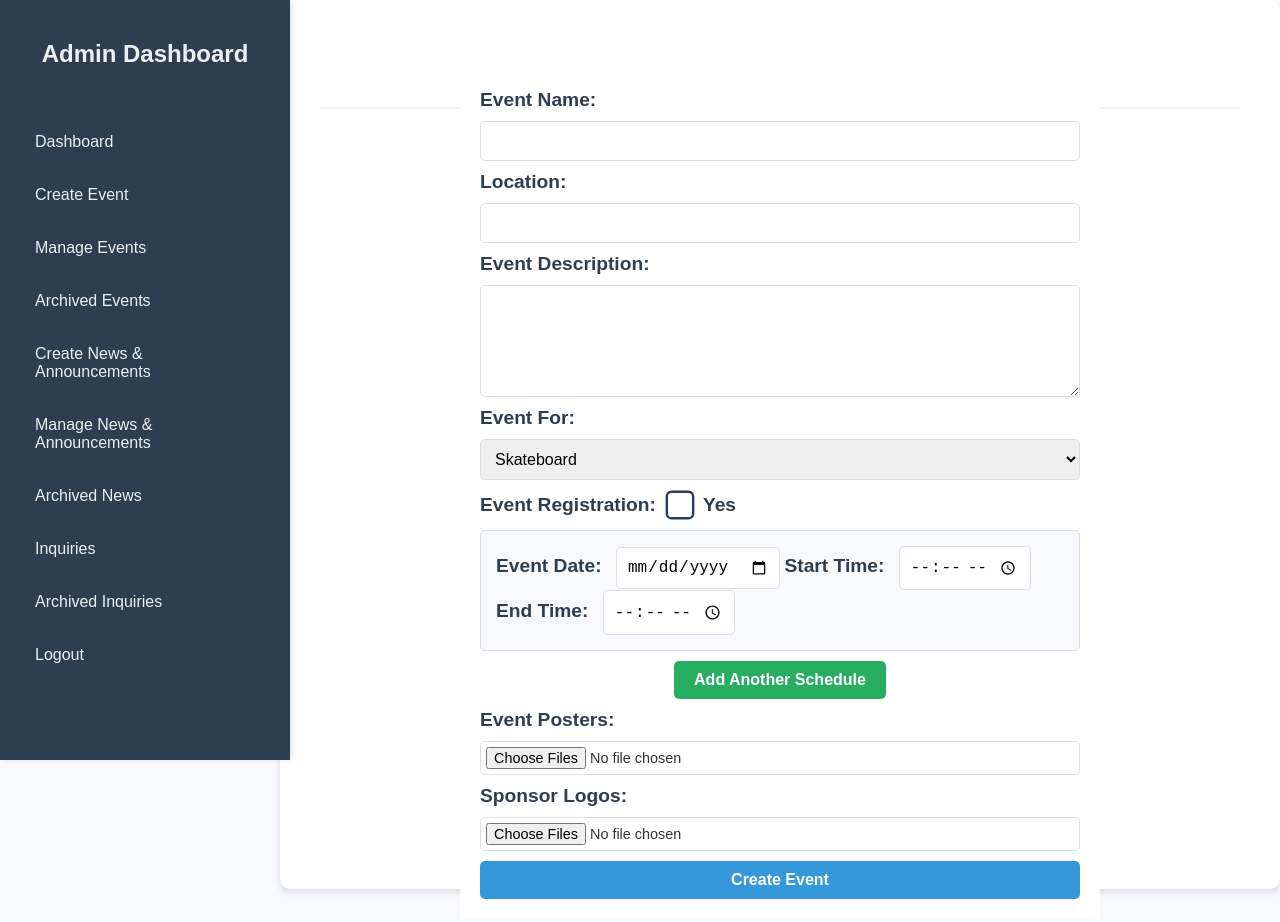
Repository: KharonKade/Capstone
Page: http://localhost/admin.html
The author's editor kept a copy of each file at every save. The page is drawn from the files as they stood at one save, then again after the next save.
The browser window is 1280 px wide. The pictures show the whole page.
The page is run by PHP 8.4 with error messages shown; the project is at /var/www/html/.

Above is the page before, as saved 2025-04-01 13:25:17.

After the next save:
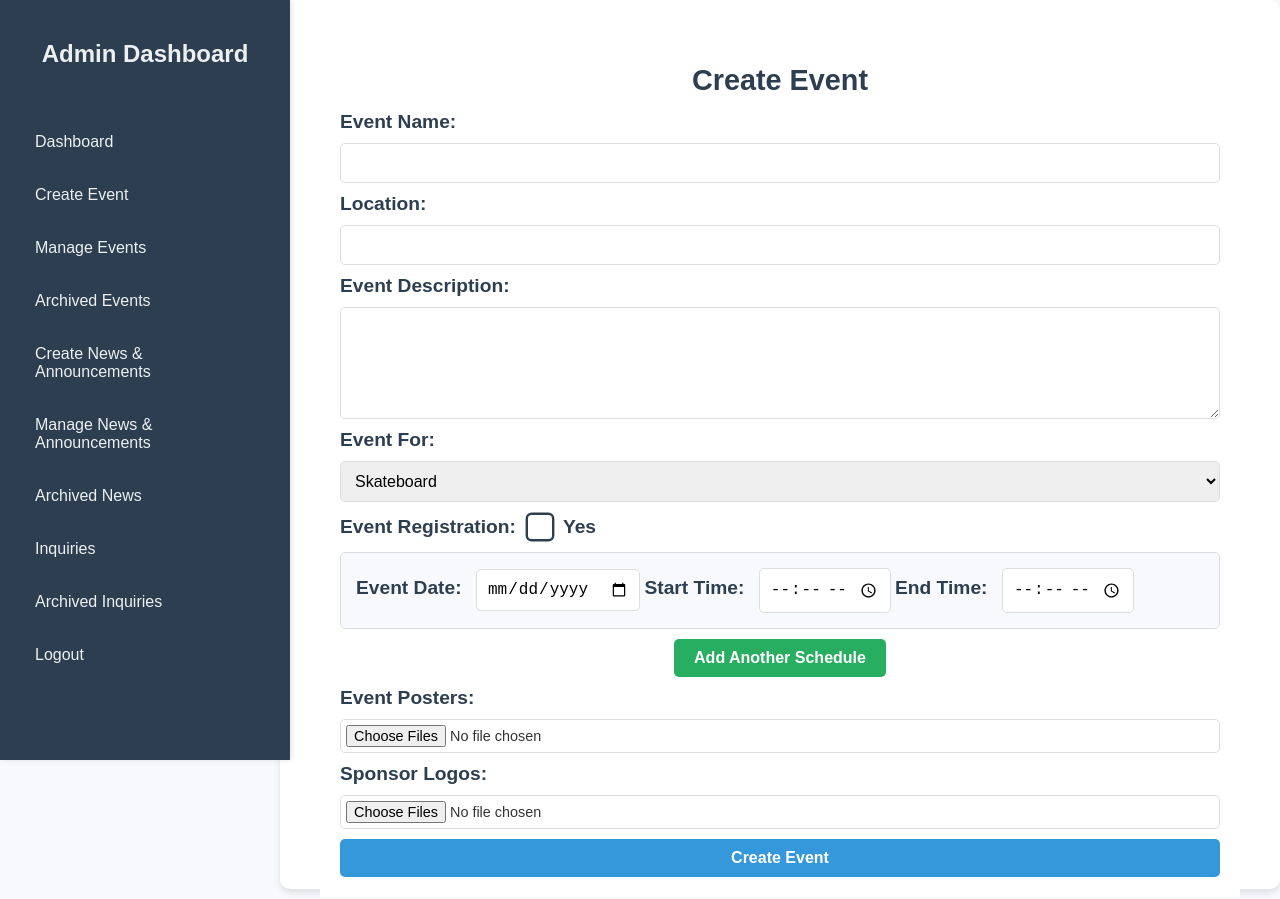
Saved 8 s later.
--- a/Css/admin.css
+++ b/Css/admin.css
@@ -87,7 +87,7 @@ form {
     flex-direction: column;
     gap: 10px;
     margin-top: 10px;
-    max-width: 600px; /* Adjust width */
+    max-width: 1000px; /* Adjust width */
     width: 100%;
     background: white;
     padding: 20px;
